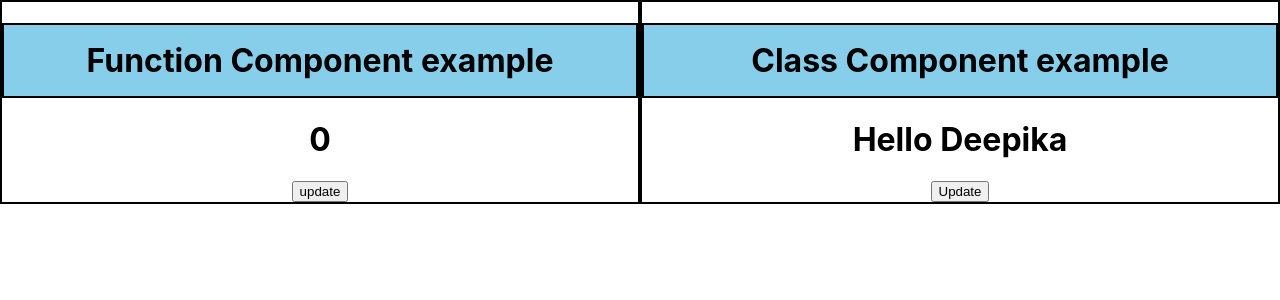
Repository: DeepikaSuretek/React
Page: / (app in practice-app/)
An editor plug-in stored every save of this project. The page is shown before and after the next save, followed by the edit.
The browser window is 1280 px wide. The pictures show the whole page.
The project was rebuilt for these pictures with package versions that can differ from the ones it lists, and the page was loaded fresh each time.

Above is the page before, as saved 2024-07-08 19:54:27.

After the next save:
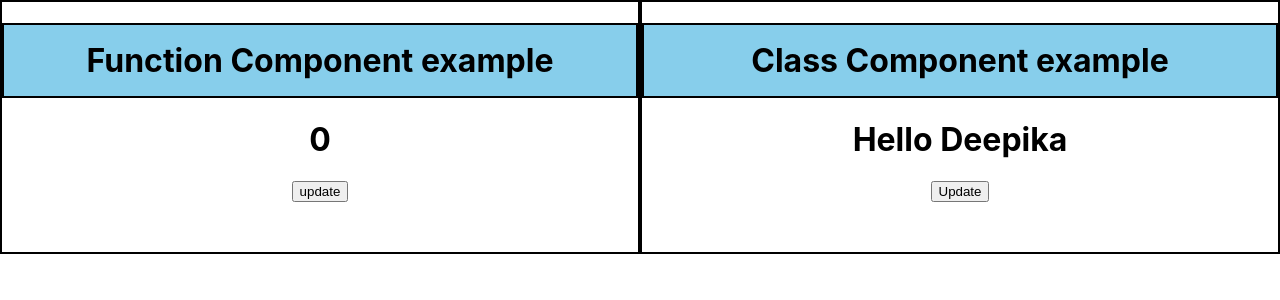
Saved 57 s later.
--- a/practice-app/src/App.js
+++ b/practice-app/src/App.js
@@ -6,11 +6,11 @@ function App() {
   return (
     <div className="App" style={{display: "inline-flex",
       width: "100%"}}>
-      <div style={{width:"50%",border: "2px solid"}}>
+      <div style={{width:"50%",border: "2px solid","padding-bottom": "50px"}}>
         <h1 style={{"background-color": "skyblue","padding": "16px","border": "2px solid"}}>Function Component example</h1>
         <Fun name="Deepika" />
       </div>
-      <div style={{width:"50%",border: "2px solid"}}>
+      <div style={{width:"50%",border: "2px solid","padding-bottom": "50px"}}>
         <h1 style={{"background-color": "skyblue","padding": "16px","border": "2px solid"}}>Class Component example</h1>
         <User></User>
         </div>
